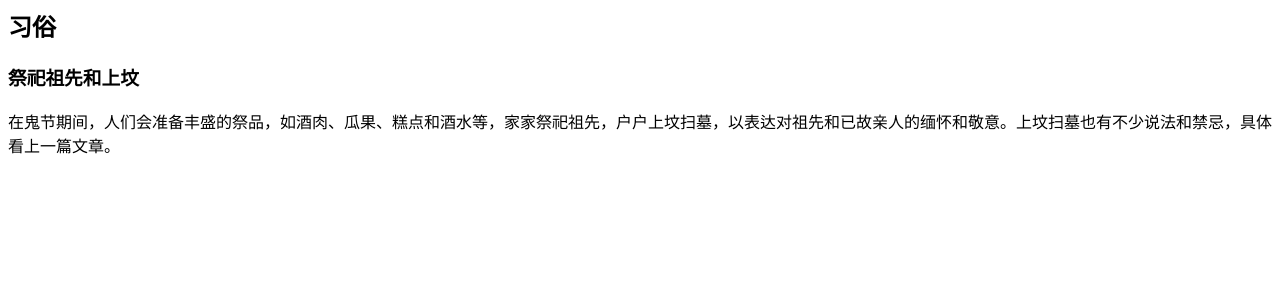
Repository: XueJie1/computer-operation-basics
Page: pages/hungryghostfes/customs.html
The author's editor kept a copy of each file at every save. The page is drawn from the files as they stood at one save, then again after a run of saves.
The browser window is 1280 px wide. The pictures show the whole page.

Above is the page before, as saved 2023-09-11 21:03:54.

### pages/hungryghostfes/customs.html
<h2>习俗</h2>
<h3>祭祀祖先和上坟</h3>
<p>在鬼节期间，人们会准备丰盛的祭品，如酒肉、瓜果、糕点和酒水等，家家祭祀祖先，户户上坟扫墓，以表达对祖先和已故亲人的缅怀和敬意。上坟扫墓也有不少说法和禁忌，具体看上一篇文章。</p>
<h3></h3>

After the next 4 saves:
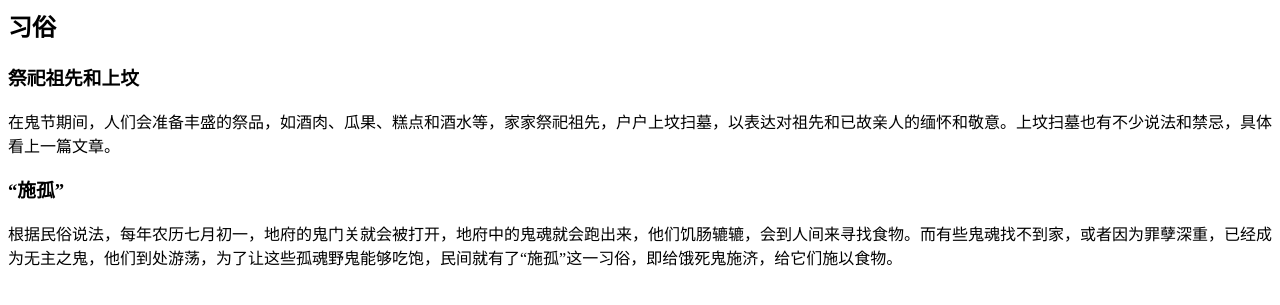
The 4 saves are shown as one change because they came seconds apart.
The last was saved 16 s later.
--- a/pages/hungryghostfes/customs.html
+++ b/pages/hungryghostfes/customs.html
@@ -1,4 +1,6 @@
 <h2>习俗</h2>
 <h3>祭祀祖先和上坟</h3>
 <p>在鬼节期间，人们会准备丰盛的祭品，如酒肉、瓜果、糕点和酒水等，家家祭祀祖先，户户上坟扫墓，以表达对祖先和已故亲人的缅怀和敬意。上坟扫墓也有不少说法和禁忌，具体看上一篇文章。</p>
-<h3></h3>
+<h3>“施孤”</h3>
+<p>根据民俗说法，每年农历七月初一，地府的鬼门关就会被打开，地府中的鬼魂就会跑出来，他们饥肠辘辘，会到人间来寻找食物。而有些鬼魂找不到家，或者因为罪孽深重，已经成为无主之鬼，他们到处游荡，为了让这些孤魂野鬼能够吃饱，民间就有了“施孤”这一习俗，即给饿死鬼施济，给它们施以食物。
+</p>
